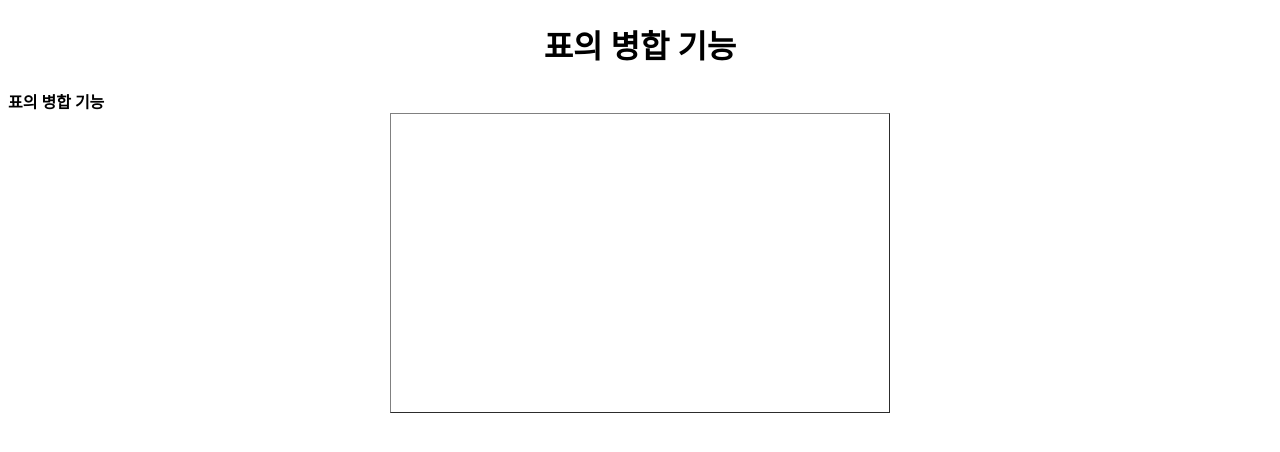
Repository: hui-Joo/html
Page: html/quiz.html
An editor plug-in stored every save of this project. The page is shown before and after the next save, followed by the edit.
The browser window is 1280 px wide. The pictures show the whole page.

Above is the page before, as saved 2021-10-04 05:55:38.

After the next save:
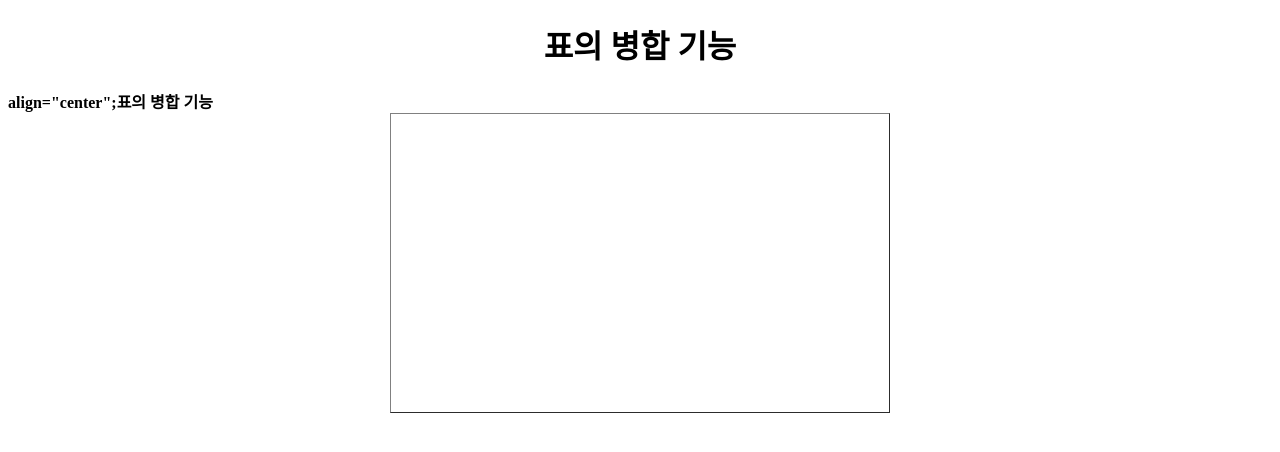
Saved 46 s later.
--- a/html/quiz.html
+++ b/html/quiz.html
@@ -10,7 +10,7 @@
 <h1 align="center">표의 병합 기능</h1>
 
 <table border="1" align="center" height="300" width="500">
-	<captoin align="center"><b>표의 병합 기능</b></captoin>
+	<captoin><b>align="center";표의 병합 기능</b></captoin>
 
 </table>
 </body>

After the save that followed:
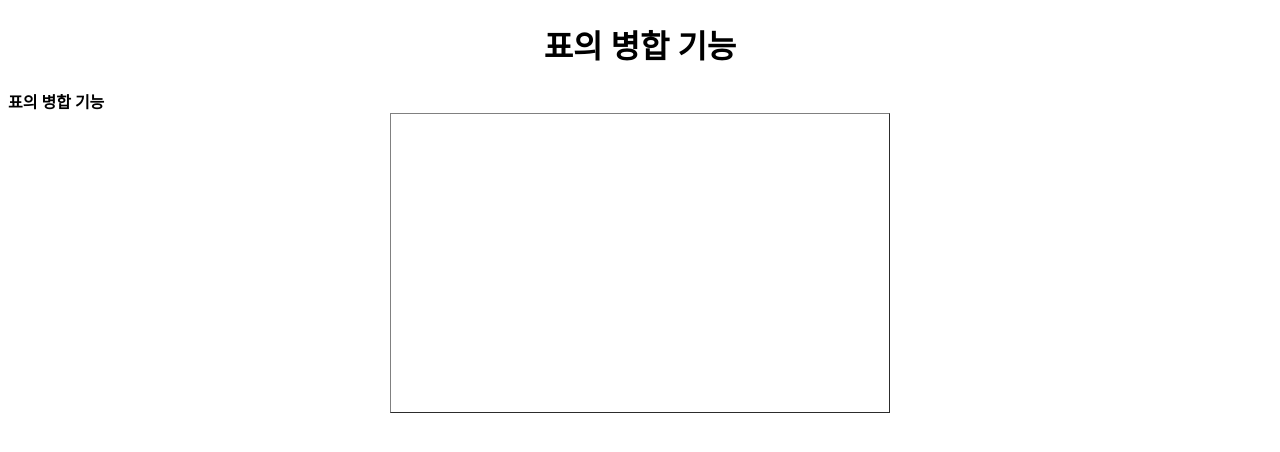
Saved 22 s later.
--- a/html/quiz.html
+++ b/html/quiz.html
@@ -10,7 +10,7 @@
 <h1 align="center">표의 병합 기능</h1>
 
 <table border="1" align="center" height="300" width="500">
-	<captoin><b>align="center";표의 병합 기능</b></captoin>
+	<captoin><b align="center">표의 병합 기능</b></captoin>
 
 </table>
 </body>
